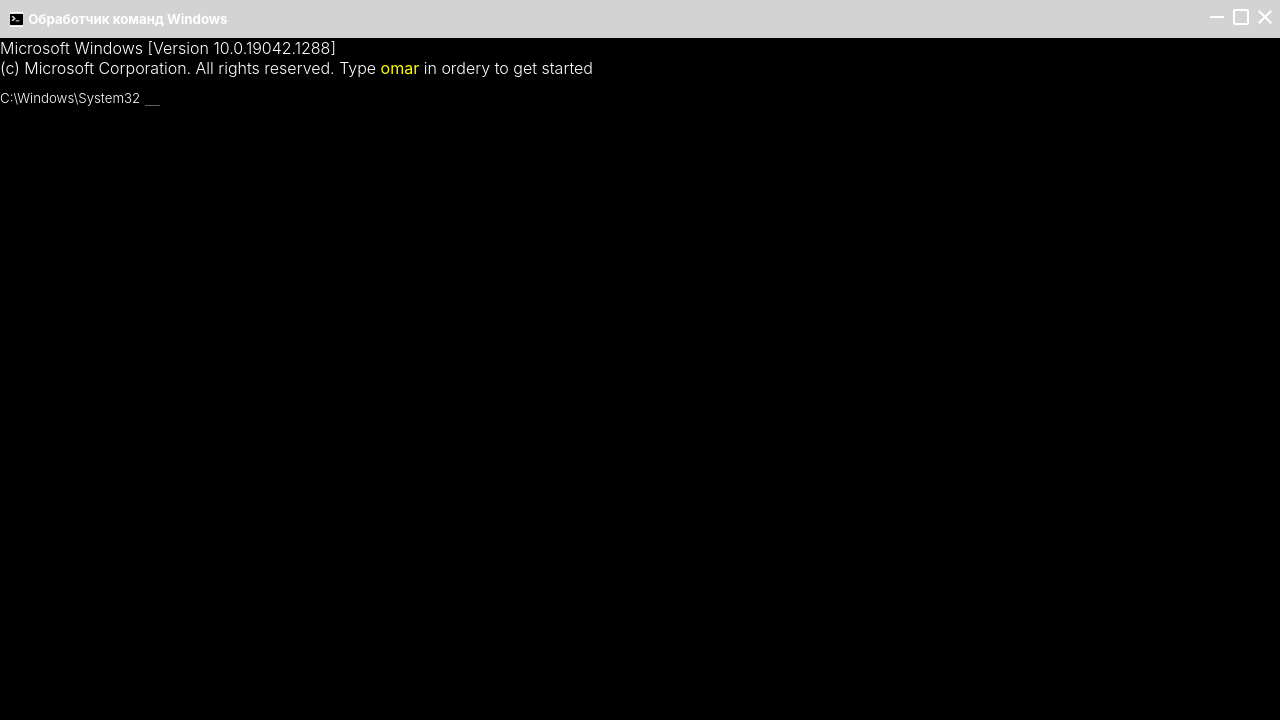
Repository: om1ars/cmd-port
Page: /
An editor plug-in stored every save of this project. The page is shown before and after the next save, followed by the edit.
The browser window is 1280 px wide. The pictures show the whole page.
Pictures or frames that could not be fetched are drawn as grey boxes. The project was rebuilt for these pictures with package versions that can differ from the ones it lists, and the page was loaded fresh each time.

Above is the page before, as saved 2021-11-04 17:10:27.

After the next save:
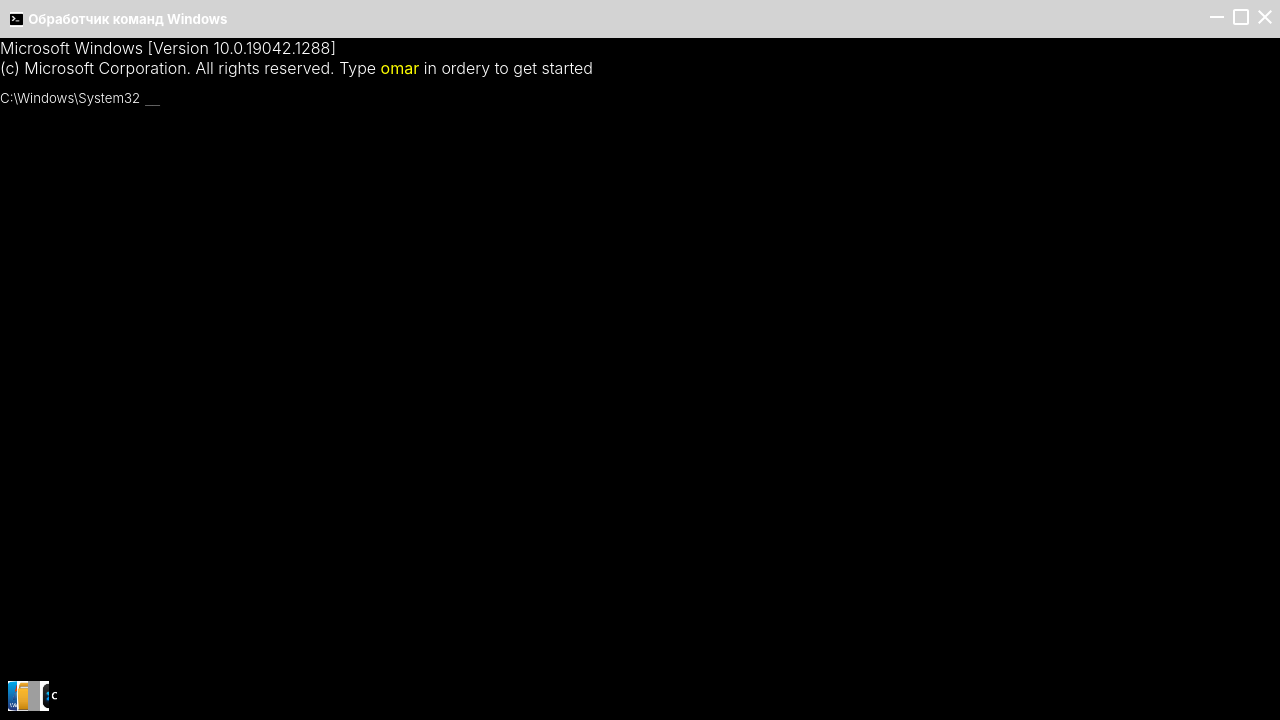
Saved 14 s later.
--- a/src/Footer.js
+++ b/src/Footer.js
@@ -7,27 +7,25 @@
 
 export const Footer = () => {
   return (
-    <div className="footer__container">
-      <div className="footer">
-        <div className="icons">
-          <div>
-            <img className="windows" src={windows} />
-          </div>
-          <div>
-            <img src={folderd} />
-          </div>
-          <div>
-            <img src={google} />
-          </div>
-          <div>
-            <img src={vs} />
-          </div>
-          <div>
-            <img src={cdm} />
-          </div>
+    <div className="footer">
+      <div className="icons">
+        <div>
+          <img className="windows" src={windows} />
         </div>
-        <div className="hours"></div>
+        <div>
+          <img src={folderd} />
+        </div>
+        <div>
+          <img src={google} />
+        </div>
+        <div>
+          <img src={vs} />
+        </div>
+        <div>
+          <img src={cdm} />
+        </div>
       </div>
+      <div className="hours"></div>
     </div>
   );
 };
